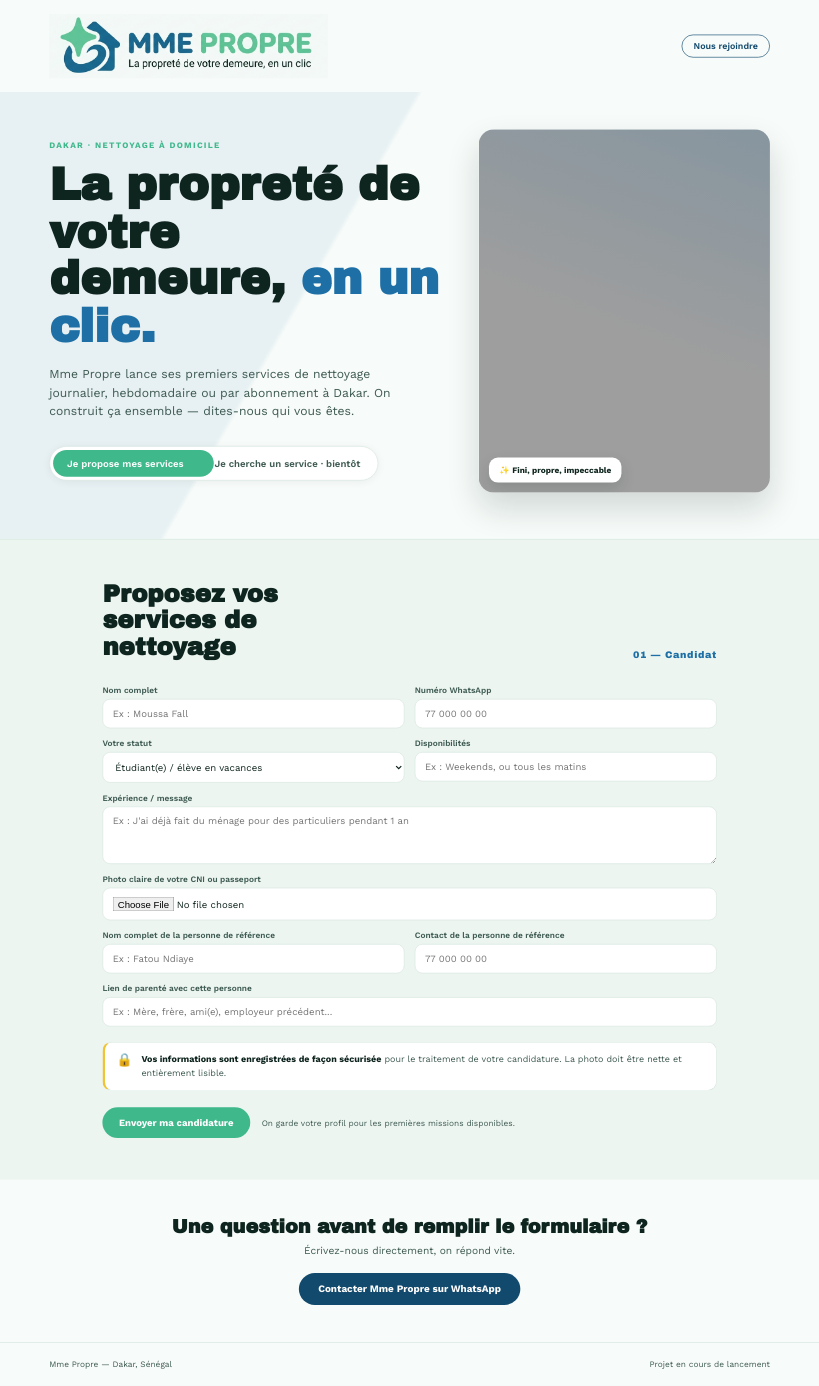
Repository: AntaaaKD/Mme-Propre
Page: test.html
These files come from the project's save history. The page is drawn as it stood at one moment and after a run of saves; the edit follows.
The browser window is 1280 px wide. The pictures show the whole page, at 64% of full size.
Pictures or frames that could not be fetched are drawn as grey boxes.

Above is the page before, as saved 2026-07-20 01:00:01.

After the next 2 saves:
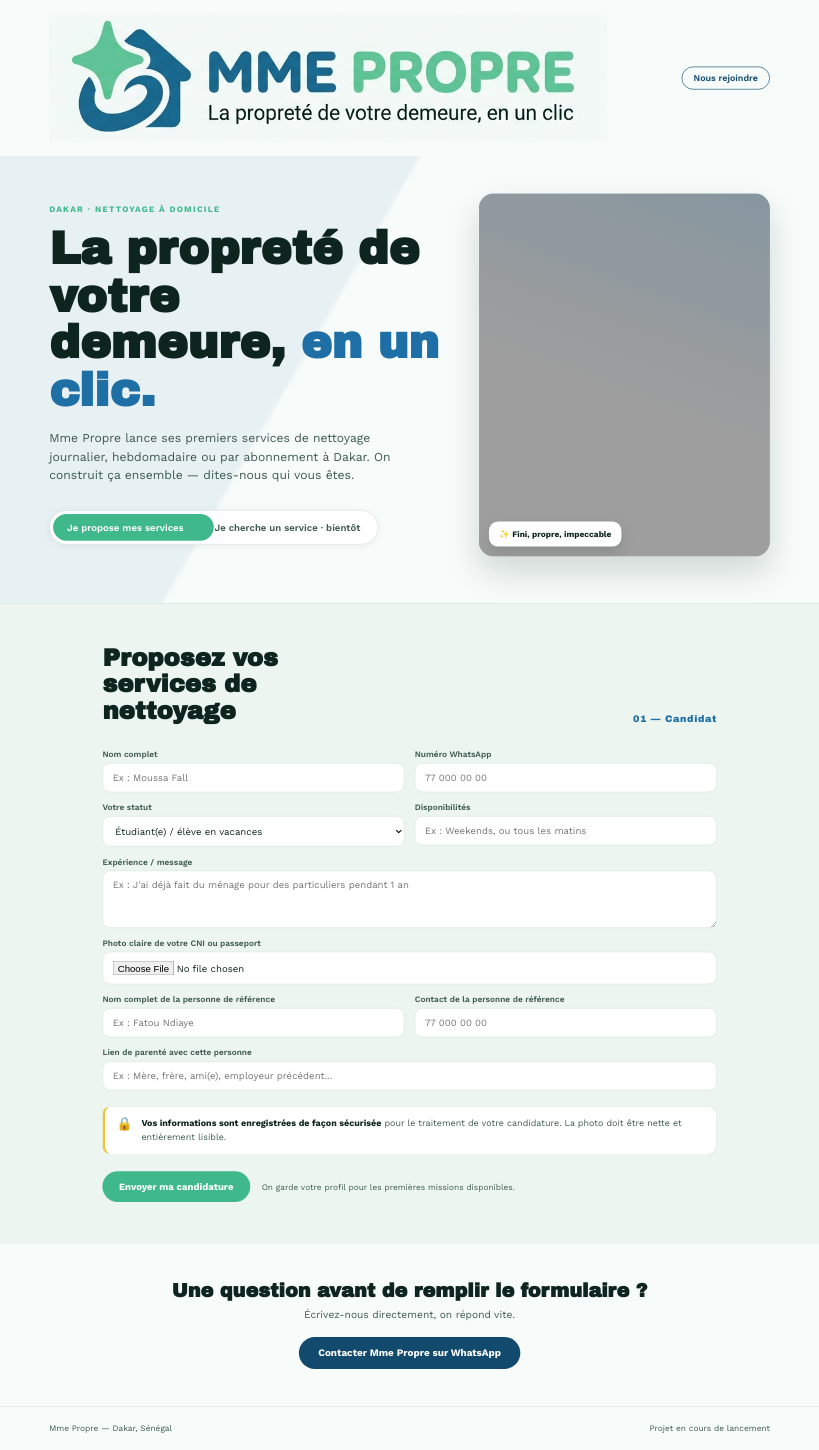
The 2 saves are shown as one change because they came seconds apart.
The last was saved 14 s later.
--- a/test.html
+++ b/test.html
@@ -38,7 +38,7 @@
     display:flex;align-items:center;gap:10px;
   }
   .logo-img {
-  height: 100px; /* Ajustez la hauteur selon vos besoins */
+  height: 200px; /* Ajustez la hauteur selon vos besoins */
   width: auto;
   display: block;
 }
